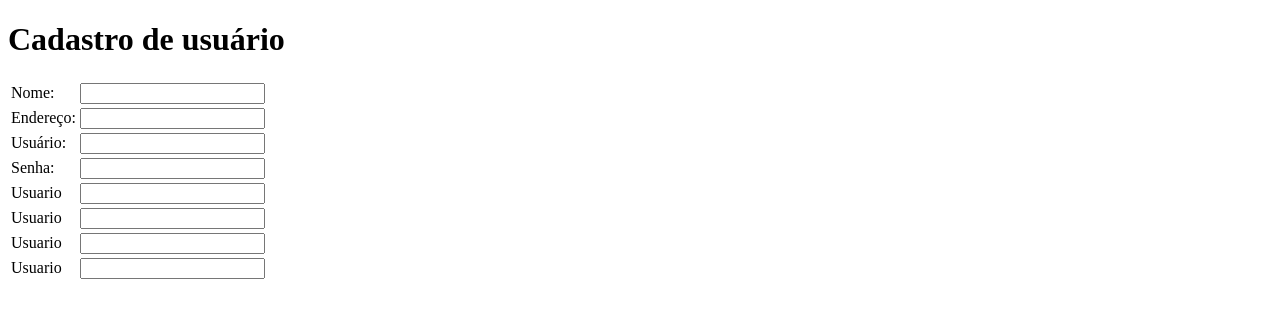
Repository: rsuzumura/fiveslivraria
Page: http://localhost/LivrariaFiveS/formCadastroUsuario.jsp
An editor plug-in stored every save of this project. The page is shown before and after the next save, followed by the edit.
The browser window is 1280 px wide. The pictures show the whole page.
The page is served by Tomcat 9.

Above is the page before, as saved 2012-04-15 00:37:06.

After the next save:
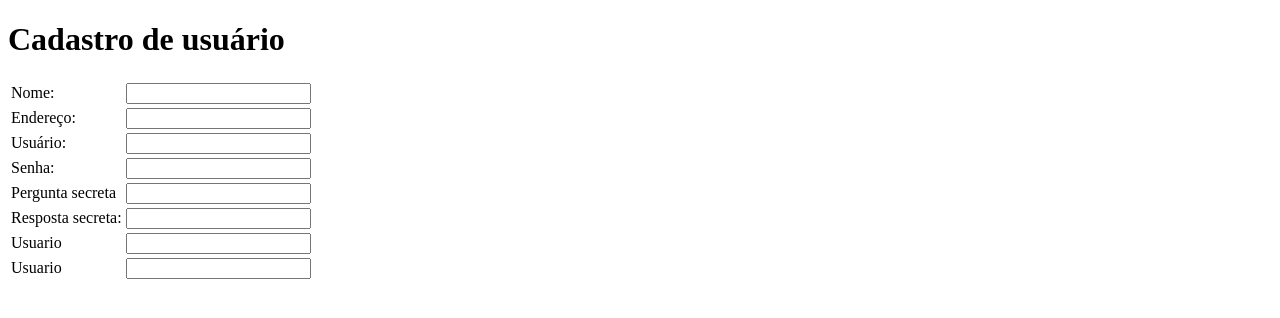
Saved 45 s later.
--- a/LivrariaFiveS - Web/LivrariaFiveS/WebContent/formCadastroUsuario.jsp
+++ b/LivrariaFiveS - Web/LivrariaFiveS/WebContent/formCadastroUsuario.jsp
@@ -26,12 +26,12 @@
 			<td><input id="senha" type="text"></td>
 		</tr>
 		<tr>
-			<td>Usuario</td>
-			<td><input id="nmUsuario" type="text"></td>
+			<td>Pergunta secreta</td>
+			<td><input id="dsPergunta" type="text"></td>
 		</tr>
 		<tr>
-			<td>Usuario</td>
-			<td><input id="nmUsuario" type="text"></td>
+			<td>Resposta secreta:</td>
+			<td><input id="dsResposta" type="text"></td>
 		</tr>
 		<tr>
 			<td>Usuario</td>
